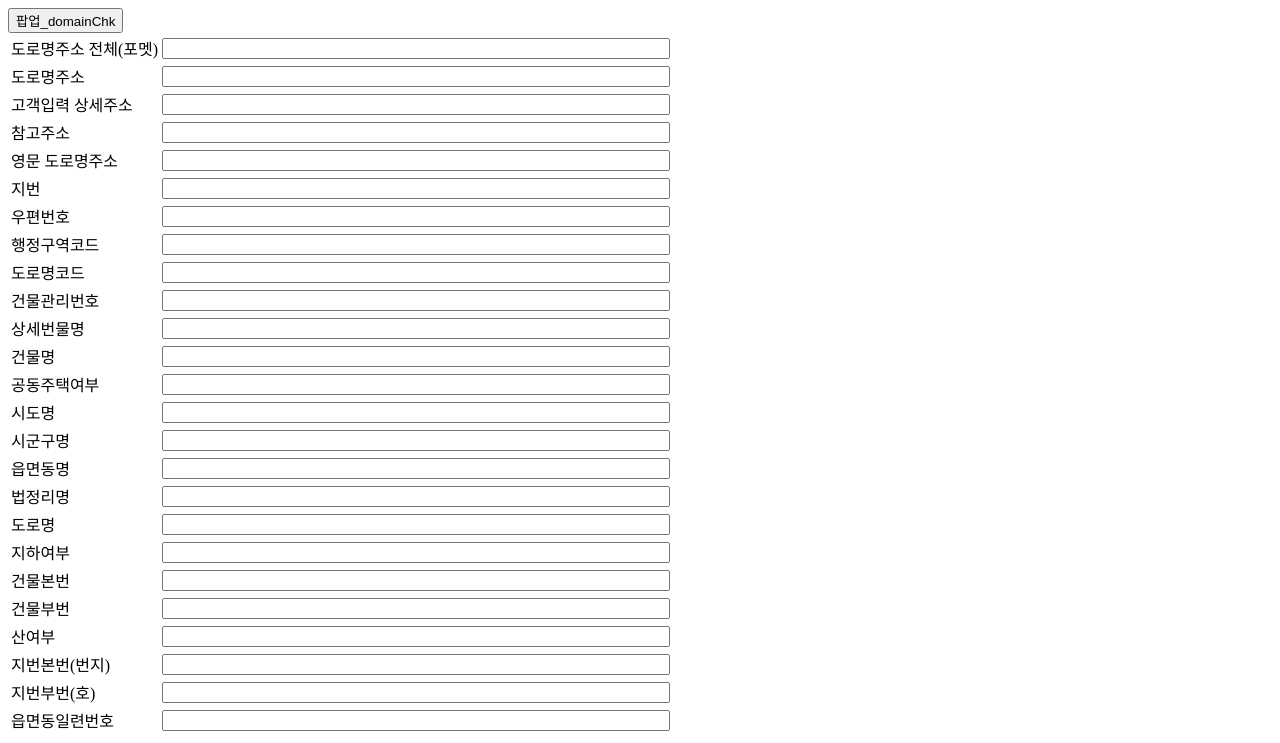
Repository: bk6717/jspwork
Page: http://localhost/blog/test/Sample.jsp
The author's editor kept a copy of each file at every save. The page is drawn from the files as they stood at one save, then again after the next save.
The browser window is 1280 px wide. The pictures show the whole page.
The page is served by Tomcat 9. Other server files are loaded and not shown.

Above is the page before, as saved 2020-06-02 01:45:36.

### blog2/src/com/cos/blog/WebContent/test/Sample.jsp
<%@ page language="java" contentType="text/html; charset=UTF-8"
    pageEncoding="UTF-8"%>
<!DOCTYPE html PUBLIC "-//W3C//DTD HTML 4.01 Transitional//EN" "http://www.w3.org/TR/html4/loose.dtd">
<html>
<head>
<meta http-equiv="Content-Type" content="text/html; charset=UTF-8">
<script language="javascript">
// opener관련 오류가 발생하는 경우 아래 주석을 해지하고, 사용자의 도메인정보를 입력합니다. ("팝업API 호출 소스"도 동일하게 적용시켜야 합니다.)
//document.domain = "abc.go.kr";

function goPopup(){
	// 주소검색을 수행할 팝업 페이지를 호출합니다.
	// 호출된 페이지(jusopopup.jsp)에서 실제 주소검색URL(http://www.juso.go.kr/addrlink/addrLinkUrl.do)를 호출하게 됩니다.
	var pop = window.open("/blog/test/jusoPopup.jsp","pop","width=570,height=420, scrollbars=yes, resizable=yes");
	//window.open 새창을 띄움
	// 모바일 웹인 경우, 호출된 페이지(jusopopup.jsp)에서 실제 주소검색URL(http://www.juso.go.kr/addrlink/addrMobileLinkUrl.do)를 호출하게 됩니다.
    //var pop = window.open("/popup/jusoPopup.jsp","pop","scrollbars=yes, resizable=yes");
}


function jusoCallBack(roadFullAddr,roadAddrPart1,addrDetail,roadAddrPart2,engAddr, jibunAddr, zipNo, admCd, rnMgtSn, bdMgtSn,detBdNmList,bdNm,bdKdcd,siNm,sggNm,emdNm,liNm,rn,udrtYn,buldMnnm,buldSlno,mtYn,lnbrMnnm,lnbrSlno,emdNo){
		// 팝업페이지에서 주소입력한 정보를 받아서, 현 페이지에 정보를 등록합니다.
		document.form.roadFullAddr.value = roadFullAddr;
		document.form.roadAddrPart1.value = roadAddrPart1;
		document.form.roadAddrPart2.value = roadAddrPart2;
		document.form.addrDetail.value = addrDetail;
		document.form.engAddr.value = engAddr;
		document.form.jibunAddr.value = jibunAddr;
		document.form.zipNo.value = zipNo;
		document.form.admCd.value = admCd;
		document.form.rnMgtSn.value = rnMgtSn;
		document.form.bdMgtSn.value = bdMgtSn;
		document.form.detBdNmList.value = detBdNmList;
		/** 2017년 2월 추가제공 **/
		document.form.bdNm.value = bdNm;
		document.form.bdKdcd.value = bdKdcd;
		document.form.siNm.value = siNm;
		document.form.sggNm.value = sggNm;
		document.form.emdNm.value = emdNm;
		document.form.liNm.value = liNm;
		document.form.rn.value = rn;
		document.form.udrtYn.value = udrtYn;
		document.form.buldMnnm.value = buldMnnm;
		document.form.buldSlno.value = buldSlno;
		document.form.mtYn.value = mtYn;
		document.form.lnbrMnnm.value = lnbrMnnm;
		document.form.lnbrSlno.value = lnbrSlno;
		/** 2017년 3월 추가제공 **/
		document.form.emdNo.value = emdNo;
}

</script>
<title>주소 입력 샘플</title>
</head>
<body>
<form name="form" id="form" method="post">

	<input type="button" onClick="goPopup();" value="팝업_domainChk"/>
	<div id="list"></div>
	<div id="callBackDiv">
		<table>
			<tr><td>도로명주소 전체(포멧)</td><td><input type="text"  style="width:500px;" id="roadFullAddr"  name="roadFullAddr" /></td></tr>
			<tr><td>도로명주소           </td><td><input type="text"  style="width:500px;" id="roadAddrPart1"  name="roadAddrPart1" /></td></tr>
			<tr><td>고객입력 상세주소    </td><td><input type="text"  style="width:500px;" id="addrDetail"  name="addrDetail" /></td></tr>
			<tr><td>참고주소             </td><td><input type="text"  style="width:500px;" id="roadAddrPart2"  name="roadAddrPart2" /></td></tr>
			<tr><td>영문 도로명주소      </td><td><input type="text"  style="width:500px;" id="engAddr"  name="engAddr" /></td></tr>
			<tr><td>지번                 </td><td><input type="text"  style="width:500px;" id="jibunAddr"  name="jibunAddr" /></td></tr>
			<tr><td>우편번호             </td><td><input type="text"  style="width:500px;" id="zipNo"  name="zipNo" /></td></tr>
			<tr><td>행정구역코드        </td><td><input type="text"  style="width:500px;" id="admCd"  name="admCd" /></td></tr>
			<tr><td>도로명코드          </td><td><input type="text"  style="width:500px;" id="rnMgtSn"  name="rnMgtSn" /></td></tr>
			<tr><td>건물관리번호        </td><td><input type="text"  style="width:500px;" id="bdMgtSn"  name="bdMgtSn" /></td></tr>
			<tr><td>상세번물명        	</td><td><input type="text"  style="width:500px;" id="detBdNmList"  name="detBdNmList" /></td></tr>
			<tr><td>건물명        		</td><td><input type="text"  style="width:500px;" id="bdNm"  name="bdNm" /></td></tr>
			<tr><td>공동주택여부       </td><td><input type="text"  style="width:500px;" id="bdKdcd"  name="bdKdcd" /></td></tr>
			<tr><td>시도명        		</td><td><input type="text"  style="width:500px;" id="siNm"  name="siNm" /></td></tr>
			<tr><td>시군구명        	</td><td><input type="text"  style="width:500px;" id="sggNm"  name="sggNm" /></td></tr>
			<tr><td>읍면동명        	</td><td><input type="text"  style="width:500px;" id="emdNm"  name="emdNm" /></td></tr>
			<tr><td>법정리명        	</td><td><input type="text"  style="width:500px;" id="liNm"  name="liNm" /></td></tr>
			<tr><td>도로명        		</td><td><input type="text"  style="width:500px;" id="rn"  name="rn" /></td></tr>
			<tr><td>지하여부        	</td><td><input type="text"  style="width:500px;" id="udrtYn"  name="udrtYn" /></td></tr>
			<tr><td>건물본번        	</td><td><input type="text"  style="width:500px;" id="buldMnnm"  name="buldMnnm" /></td></tr>
			<tr><td>건물부번        	</td><td><input type="text"  style="width:500px;" id="buldSlno"  name="buldSlno" /></td></tr>
			<tr><td>산여부        		</td><td><input type="text"  style="width:500px;" id="mtYn"  name="mtYn" /></td></tr>
			<tr><td>지번본번(번지)     </td><td><input type="text"  style="width:500px;" id="lnbrMnnm"  name="lnbrMnnm" /></td></tr>
			<tr><td>지번부번(호)       </td><td><input type="text"  style="width:500px;" id="lnbrSlno"  name="lnbrSlno" /></td></tr>
			<tr><td>읍면동일련번호       </td><td><input type="text"  style="width:500px;" id="emdNo"  name="emdNo" /></td></tr>
		</table>
	</div>

</form>
</body>
</html>

After the next save:
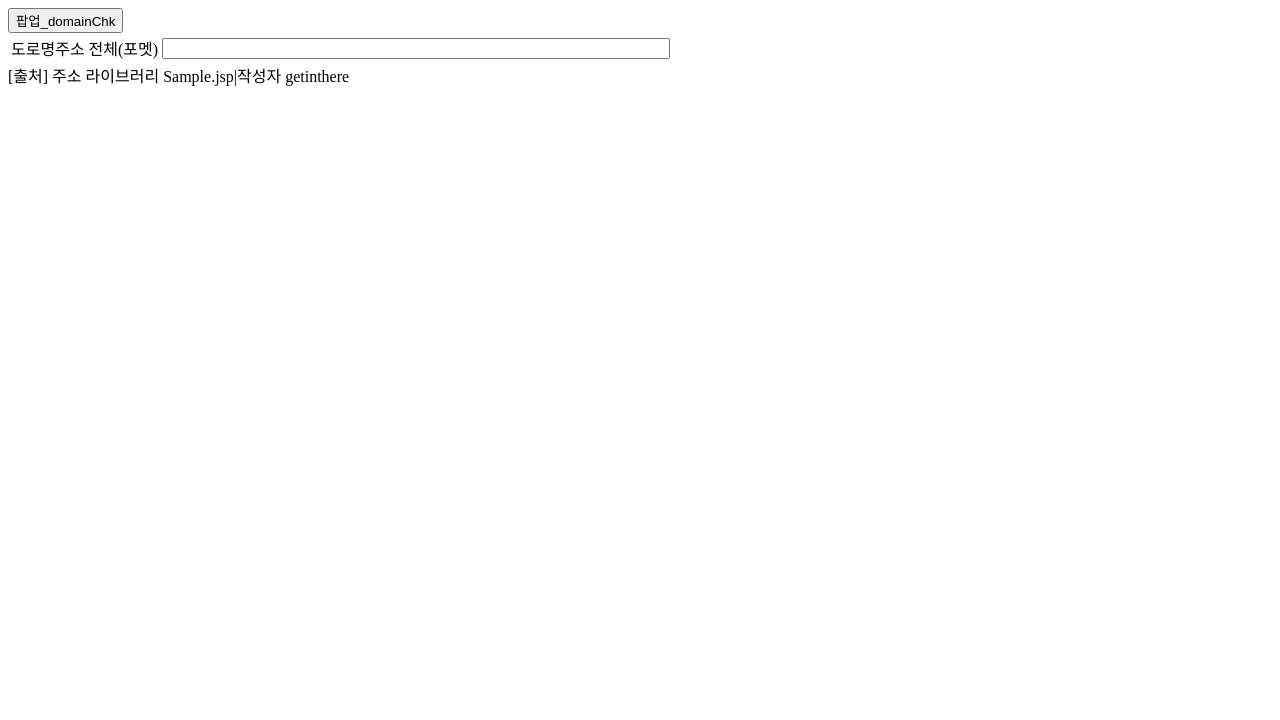
Saved 20 min 58 s later.
--- a/blog2/src/com/cos/blog/WebContent/test/Sample.jsp
+++ b/blog2/src/com/cos/blog/WebContent/test/Sample.jsp
@@ -1,52 +1,18 @@
 <%@ page language="java" contentType="text/html; charset=UTF-8"
     pageEncoding="UTF-8"%>
-<!DOCTYPE html PUBLIC "-//W3C//DTD HTML 4.01 Transitional//EN" "http://www.w3.org/TR/html4/loose.dtd">
+<!DOCTYPE html>
 <html>
 <head>
-<meta http-equiv="Content-Type" content="text/html; charset=UTF-8">
-<script language="javascript">
-// opener관련 오류가 발생하는 경우 아래 주석을 해지하고, 사용자의 도메인정보를 입력합니다. ("팝업API 호출 소스"도 동일하게 적용시켜야 합니다.)
-//document.domain = "abc.go.kr";
-
+<meta charset="UTF-8">
+<script>
 function goPopup(){
-	// 주소검색을 수행할 팝업 페이지를 호출합니다.
-	// 호출된 페이지(jusopopup.jsp)에서 실제 주소검색URL(http://www.juso.go.kr/addrlink/addrLinkUrl.do)를 호출하게 됩니다.
 	var pop = window.open("/blog/test/jusoPopup.jsp","pop","width=570,height=420, scrollbars=yes, resizable=yes");
-	//window.open 새창을 띄움
-	// 모바일 웹인 경우, 호출된 페이지(jusopopup.jsp)에서 실제 주소검색URL(http://www.juso.go.kr/addrlink/addrMobileLinkUrl.do)를 호출하게 됩니다.
-    //var pop = window.open("/popup/jusoPopup.jsp","pop","scrollbars=yes, resizable=yes");
 }
 
-
-function jusoCallBack(roadFullAddr,roadAddrPart1,addrDetail,roadAddrPart2,engAddr, jibunAddr, zipNo, admCd, rnMgtSn, bdMgtSn,detBdNmList,bdNm,bdKdcd,siNm,sggNm,emdNm,liNm,rn,udrtYn,buldMnnm,buldSlno,mtYn,lnbrMnnm,lnbrSlno,emdNo){
-		// 팝업페이지에서 주소입력한 정보를 받아서, 현 페이지에 정보를 등록합니다.
-		document.form.roadFullAddr.value = roadFullAddr;
-		document.form.roadAddrPart1.value = roadAddrPart1;
-		document.form.roadAddrPart2.value = roadAddrPart2;
-		document.form.addrDetail.value = addrDetail;
-		document.form.engAddr.value = engAddr;
-		document.form.jibunAddr.value = jibunAddr;
-		document.form.zipNo.value = zipNo;
-		document.form.admCd.value = admCd;
-		document.form.rnMgtSn.value = rnMgtSn;
-		document.form.bdMgtSn.value = bdMgtSn;
-		document.form.detBdNmList.value = detBdNmList;
-		/** 2017년 2월 추가제공 **/
-		document.form.bdNm.value = bdNm;
-		document.form.bdKdcd.value = bdKdcd;
-		document.form.siNm.value = siNm;
-		document.form.sggNm.value = sggNm;
-		document.form.emdNm.value = emdNm;
-		document.form.liNm.value = liNm;
-		document.form.rn.value = rn;
-		document.form.udrtYn.value = udrtYn;
-		document.form.buldMnnm.value = buldMnnm;
-		document.form.buldSlno.value = buldSlno;
-		document.form.mtYn.value = mtYn;
-		document.form.lnbrMnnm.value = lnbrMnnm;
-		document.form.lnbrSlno.value = lnbrSlno;
-		/** 2017년 3월 추가제공 **/
-		document.form.emdNo.value = emdNo;
+function jusoCallBack(roadFullAddr){
+	var tfAddress = document.querySelector("#roadFullAddr");
+	tfAddress.value = roadFullAddr;
+	// document.form.roadFullAddr.value = roadFullAddr;
 }
 
 </script>
@@ -60,33 +26,10 @@ function jusoCallBack(roadFullAddr,roadAddrPart1,addrDetail,roadAddrPart2,engAdd
 	<div id="callBackDiv">
 		<table>
 			<tr><td>도로명주소 전체(포멧)</td><td><input type="text"  style="width:500px;" id="roadFullAddr"  name="roadFullAddr" /></td></tr>
-			<tr><td>도로명주소           </td><td><input type="text"  style="width:500px;" id="roadAddrPart1"  name="roadAddrPart1" /></td></tr>
-			<tr><td>고객입력 상세주소    </td><td><input type="text"  style="width:500px;" id="addrDetail"  name="addrDetail" /></td></tr>
-			<tr><td>참고주소             </td><td><input type="text"  style="width:500px;" id="roadAddrPart2"  name="roadAddrPart2" /></td></tr>
-			<tr><td>영문 도로명주소      </td><td><input type="text"  style="width:500px;" id="engAddr"  name="engAddr" /></td></tr>
-			<tr><td>지번                 </td><td><input type="text"  style="width:500px;" id="jibunAddr"  name="jibunAddr" /></td></tr>
-			<tr><td>우편번호             </td><td><input type="text"  style="width:500px;" id="zipNo"  name="zipNo" /></td></tr>
-			<tr><td>행정구역코드        </td><td><input type="text"  style="width:500px;" id="admCd"  name="admCd" /></td></tr>
-			<tr><td>도로명코드          </td><td><input type="text"  style="width:500px;" id="rnMgtSn"  name="rnMgtSn" /></td></tr>
-			<tr><td>건물관리번호        </td><td><input type="text"  style="width:500px;" id="bdMgtSn"  name="bdMgtSn" /></td></tr>
-			<tr><td>상세번물명        	</td><td><input type="text"  style="width:500px;" id="detBdNmList"  name="detBdNmList" /></td></tr>
-			<tr><td>건물명        		</td><td><input type="text"  style="width:500px;" id="bdNm"  name="bdNm" /></td></tr>
-			<tr><td>공동주택여부       </td><td><input type="text"  style="width:500px;" id="bdKdcd"  name="bdKdcd" /></td></tr>
-			<tr><td>시도명        		</td><td><input type="text"  style="width:500px;" id="siNm"  name="siNm" /></td></tr>
-			<tr><td>시군구명        	</td><td><input type="text"  style="width:500px;" id="sggNm"  name="sggNm" /></td></tr>
-			<tr><td>읍면동명        	</td><td><input type="text"  style="width:500px;" id="emdNm"  name="emdNm" /></td></tr>
-			<tr><td>법정리명        	</td><td><input type="text"  style="width:500px;" id="liNm"  name="liNm" /></td></tr>
-			<tr><td>도로명        		</td><td><input type="text"  style="width:500px;" id="rn"  name="rn" /></td></tr>
-			<tr><td>지하여부        	</td><td><input type="text"  style="width:500px;" id="udrtYn"  name="udrtYn" /></td></tr>
-			<tr><td>건물본번        	</td><td><input type="text"  style="width:500px;" id="buldMnnm"  name="buldMnnm" /></td></tr>
-			<tr><td>건물부번        	</td><td><input type="text"  style="width:500px;" id="buldSlno"  name="buldSlno" /></td></tr>
-			<tr><td>산여부        		</td><td><input type="text"  style="width:500px;" id="mtYn"  name="mtYn" /></td></tr>
-			<tr><td>지번본번(번지)     </td><td><input type="text"  style="width:500px;" id="lnbrMnnm"  name="lnbrMnnm" /></td></tr>
-			<tr><td>지번부번(호)       </td><td><input type="text"  style="width:500px;" id="lnbrSlno"  name="lnbrSlno" /></td></tr>
-			<tr><td>읍면동일련번호       </td><td><input type="text"  style="width:500px;" id="emdNo"  name="emdNo" /></td></tr>
 		</table>
 	</div>
 
 </form>
 </body>
 </html>
+[출처] 주소 라이브러리 Sample.jsp|작성자 getinthere
